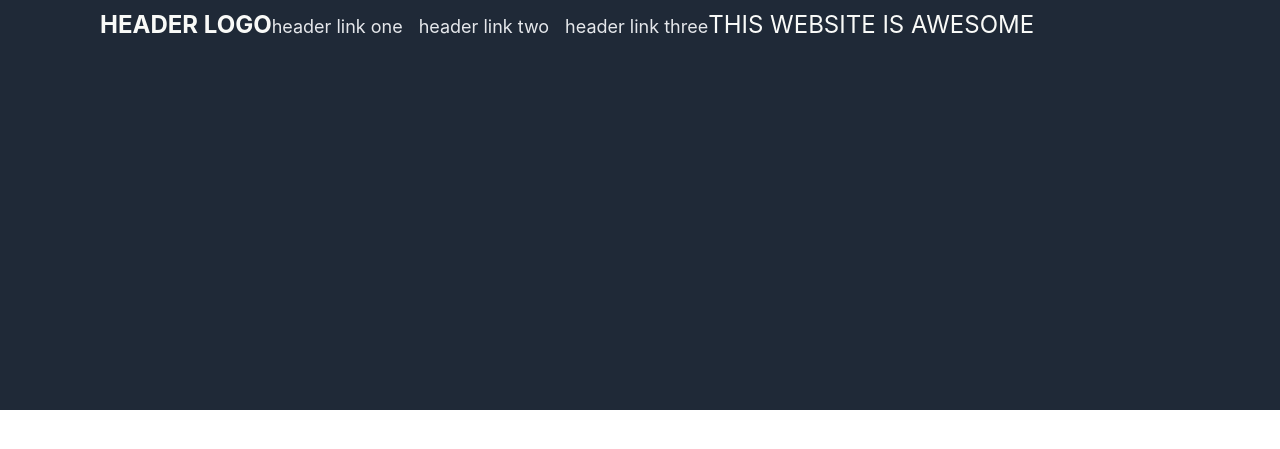
Repository: bbrockbrown/landing-page
Page: index.html
These files come from the project's save history. The page is drawn as it stood at one moment and after the next save; the edit follows.
The browser window is 1280 px wide. The pictures show the whole page.

Above is the page before, as saved 2024-07-24 11:35:41.

After the next save:
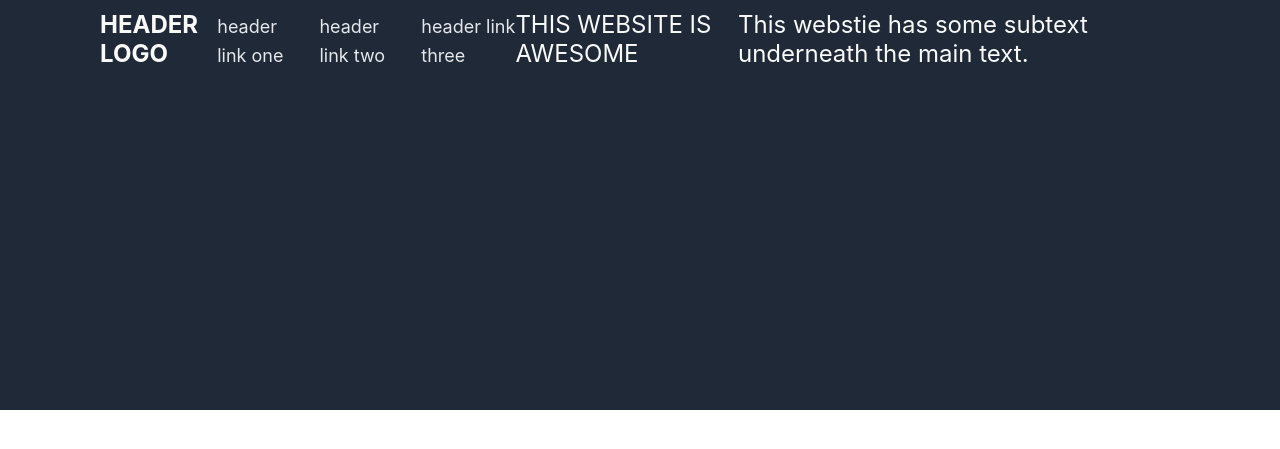
Saved 59 s later.
--- a/index.html
+++ b/index.html
@@ -21,6 +21,9 @@
         <div class="header-content">
             <div class="awesome-text">
                 THIS WEBSITE IS AWESOME
+            </div>
+            <div class="subtext">
+                This webstie has some subtext underneath the main text.
             </div>
         </div>
     </div>
